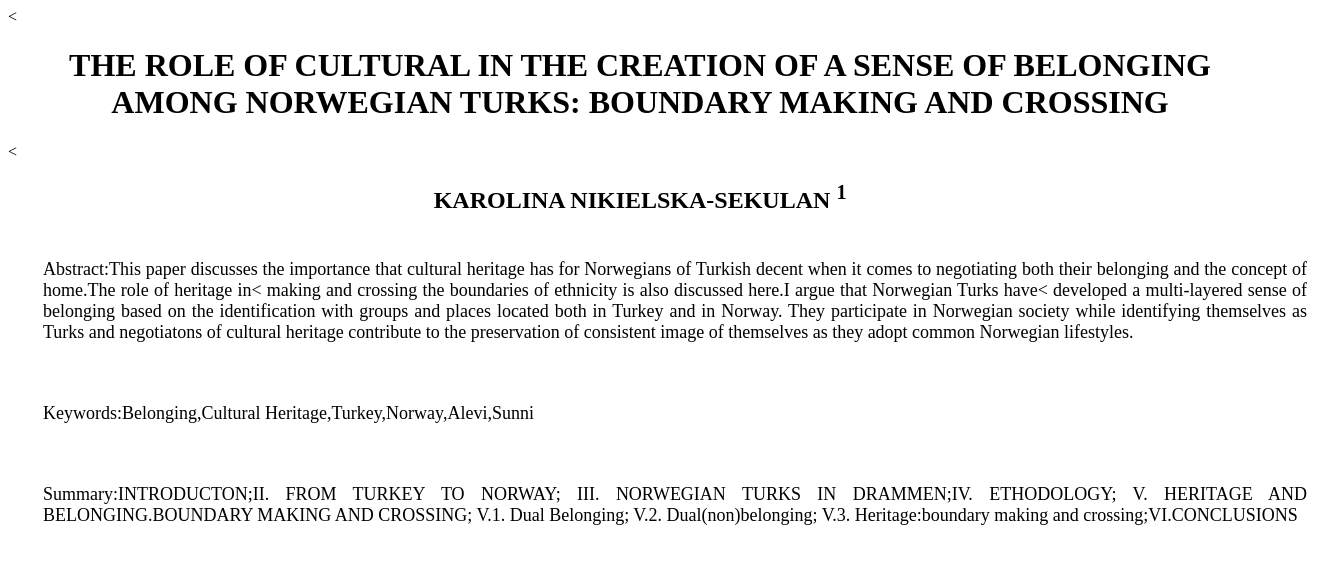
Repository: Pholi658/HTML-Task1
Page: Task2.html/No2.html
An editor plug-in stored every save of this project. The page is shown before and after the next save, followed by the edit.
The browser window is 1280 px wide. The page is 1332 px wide, so the pictures cover 1332 px, including what lies to the right of the window. The pictures show the whole page.

Above is the page before, as saved 2024-10-17 14:56:52.

### Task2.html/No2.html
<!Doctype html>
<html lang=en>
< <head>
    <title>no2 task</title>
    <style>
        h1,
        h2 {
            text-align: center;
        }

        p {

            width: 100%;
            border: 7px honeydew;
            padding: 25px;
            margin: 10px;
            text-align: justify;
            font-size: 18px;

        }
    </style>
    </head>

    <body>
        <h1>THE ROLE OF CULTURAL IN THE CREATION OF A
            SENSE OF BELONGING AMONG NORWEGIAN TURKS:
            BOUNDARY MAKING AND CROSSING
        </h1>
        <<h2>KAROLINA NIKIELSKA-SEKULAN <sup>1</sup></h2>
            <p>Abstract:This paper discusses the importance that cultural heritage has for Norwegians of Turkish
                decent when it comes to negotiating both their belonging and the concept of home.The role of heritage
                in< making and crossing the boundaries of ethnicity is also discussed here.I argue that Norwegian Turks
                    have< developed a multi-layered sense of belonging based on the identification with groups and
                    places located both in Turkey and in Norway. They participate in Norwegian society while identifying
                    themselves as Turks and negotiatons of cultural heritage contribute to the preservation of
                    consistent image of themselves as they adopt common Norwegian lifestyles.</p>
                    <p>Keywords:Belonging,Cultural Heritage,Turkey,Norway,Alevi,Sunni</p>
                    <p>Summary:INTRODUCTON;II. FROM TURKEY TO NORWAY; III. NORWEGIAN TURKS IN DRAMMEN;IV. ETHODOLOGY;
                        V. HERITAGE AND BELONGING.BOUNDARY MAKING AND CROSSING; V.1. Dual Belonging; V.2.
                        Dual(non)belonging; V.3. Heritage:boundary making and crossing;VI.CONCLUSIONS</p>
    </body>

</html>

After the next save:
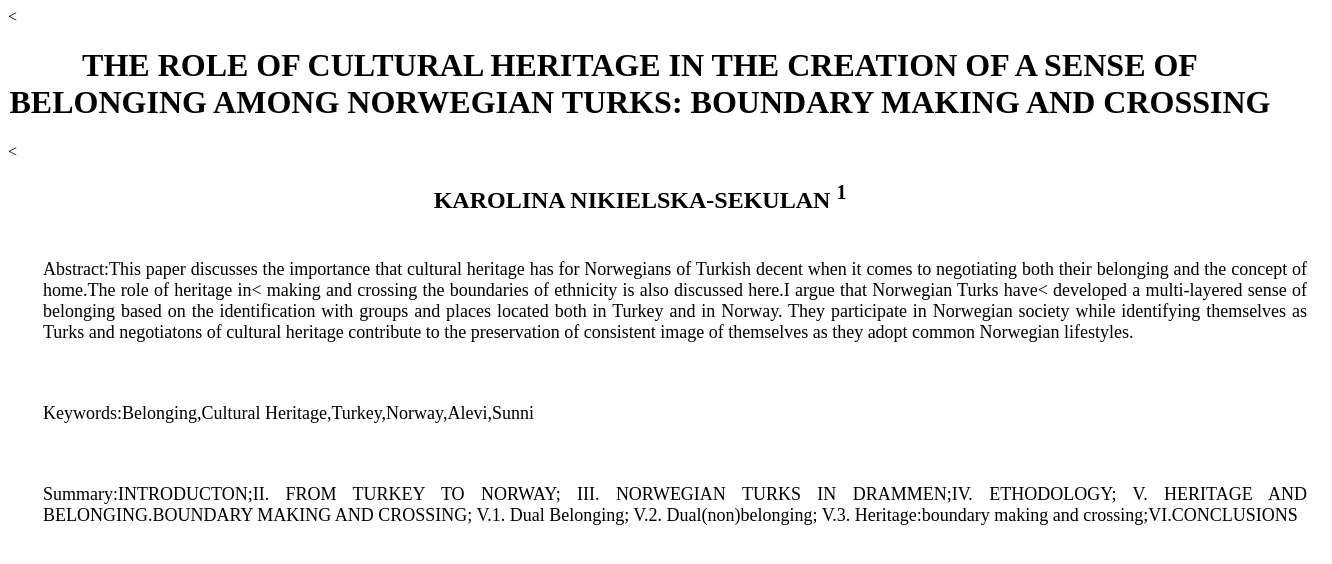
Saved 76 s later.
--- a/Task2.html/No2.html
+++ b/Task2.html/No2.html
@@ -22,7 +22,7 @@
     </head>
 
     <body>
-        <h1>THE ROLE OF CULTURAL IN THE CREATION OF A
+        <h1>THE ROLE OF CULTURAL HERITAGE IN THE CREATION OF A
             SENSE OF BELONGING AMONG NORWEGIAN TURKS:
             BOUNDARY MAKING AND CROSSING
         </h1>
